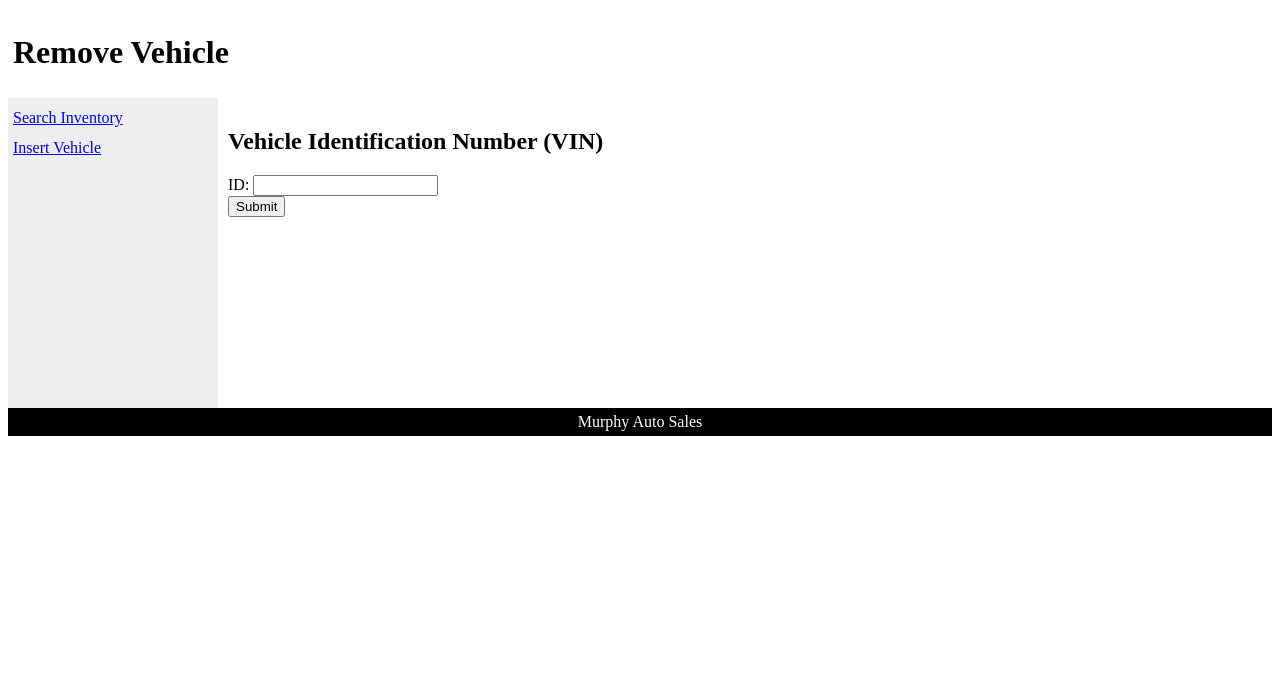
Repository: CamdenMurphy/workspace4830-intro-to-software-engineering
Page: techExercise/techExercise-Murphy/src/main/webapp/delete_murphy.html
These files come from the project's save history. The page is drawn as it stood at one moment and after the next save; the edit follows.
The browser window is 1280 px wide. The pictures show the whole page.

Above is the page before, as saved 2023-10-12 06:09:12.

### techExercise/techExercise-Murphy/src/main/webapp/delete_murphy.html
<html>
<head>
<style>
header {
    padding:5px;
}
nav {
    line-height:30px;
    background-color:#eeeeee;
    height:300px;
    width:200px;
    float:left;
    padding:5px;
}
section {
    width:500px;
    float:left;
    padding:10px;
}
footer {
    background-color:black;
    color:white;
    clear:both;
    text-align:center;
    padding:5px;
}
</style>
</head>

<body>
<header>
	<img src="">
<h1> Remove Vehicle </h1>
</header>

<nav>
<a href="/techExercise-Murphy/search_murphy.html">Search Inventory</a> <br>
<a href="/techExercise-Murphy/insert_murphy.html">Insert Vehicle</a> <br>
</nav>

<section>
	<h1>Vehicle Identification Number (VIN)</h1>

	<form action="DeleteMurphy" method="POST">

		ID: <input type="text" name="id"> <br/>

		<input type="submit" value="Submit" />
	</form>
</section>

<footer>
	Murphy Auto Sales
</footer>
</body>
</html>

After the next save:
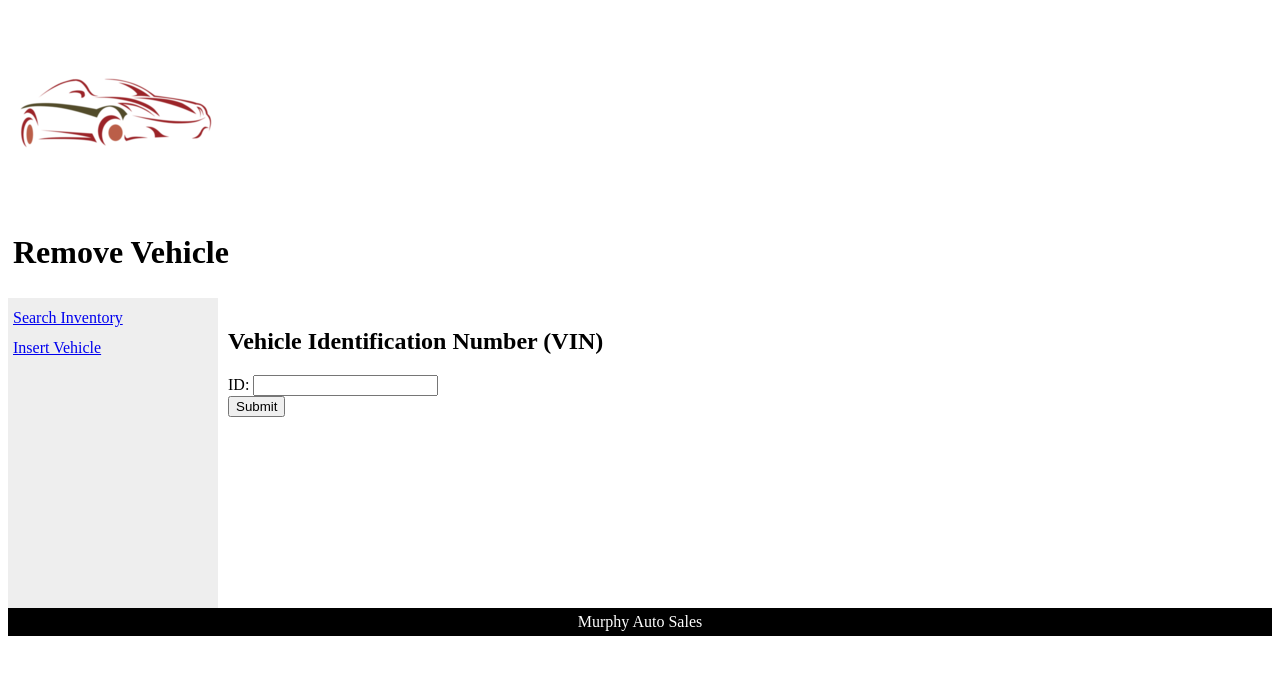
Saved 23 s later.
--- a/techExercise/techExercise-Murphy/src/main/webapp/delete_murphy.html
+++ b/techExercise/techExercise-Murphy/src/main/webapp/delete_murphy.html
@@ -29,7 +29,7 @@ footer {
 
 <body>
 <header>
-	<img src="">
+	<img src="car_icon.webp" alt="car logo">
 <h1> Remove Vehicle </h1>
 </header>
 
